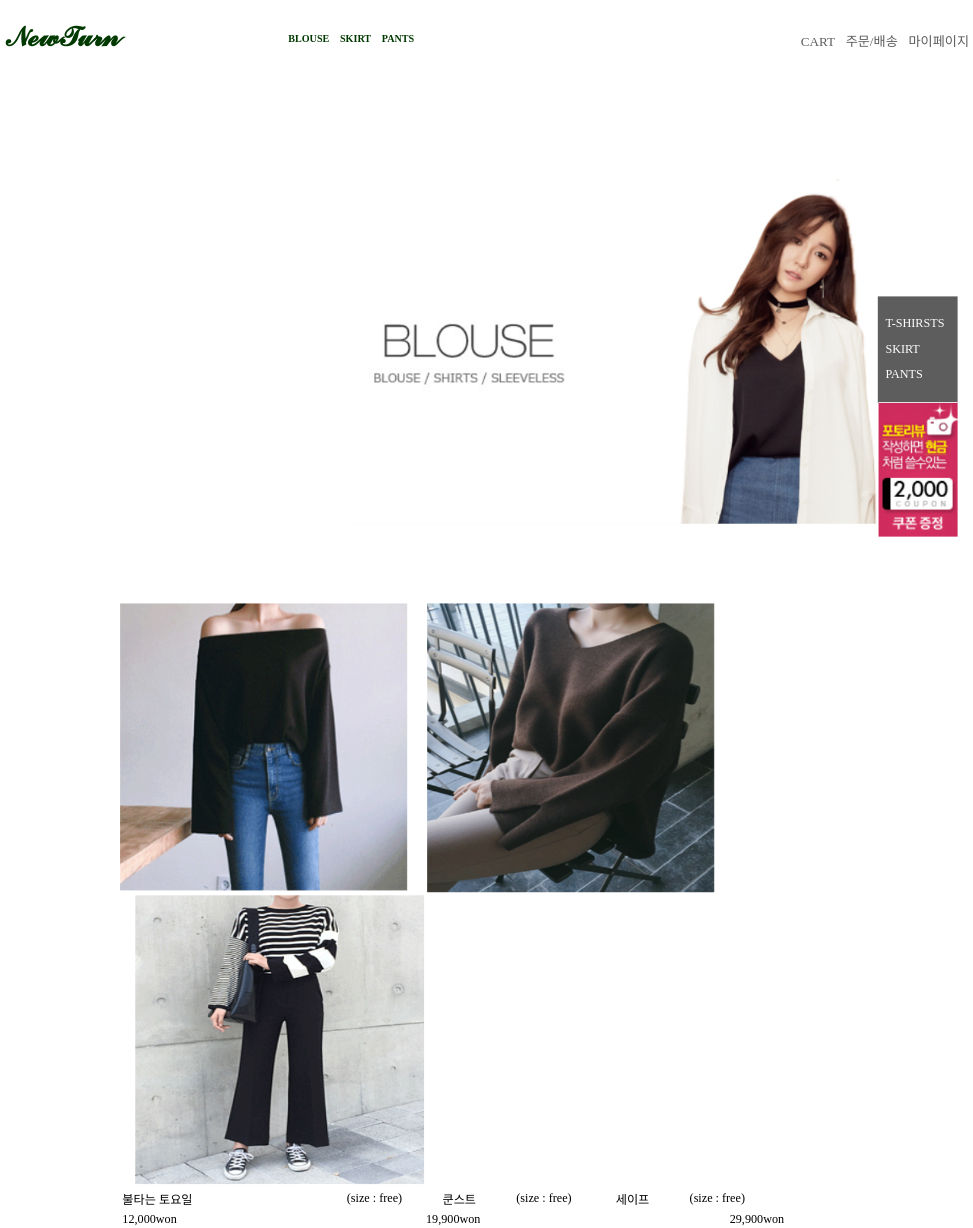
Repository: won0108/Port-Folio
Page: Creating_Homepage/Shopping/WebContent/top.html
The author's editor kept a copy of each file at every save. The page is drawn from the files as they stood at one save, then again after the next save.
The browser window is 1280 px wide. The pictures show the whole page, at 76% of full size.

Above is the page before, as saved 2020-12-03 08:03:42.

### Creating_Homepage/Shopping/WebContent/top.html
<!DOCTYPE html>
<html>
<head>  <!--웹페이지에 대한 정보를 제공한다.-->
 <title> New Turn </title>  <!--탭에 New Turn을 나타낸다.-->
<style>

 	@font-face{
 	font-family:"My Font";
 	src: url("fontstyle/ENCOSCPT.TTF");
	}
 	h1{
   	color:#003900;
   	position:fixed;
   	top: 0px;
   	left:10px;
   	font-family:"My Font", serif;
   	font-size: 30pt;
   	}
	#infor{
	position:fixed;
	top:40px; right:0px;
	}
	#infor a{
	text-decoration:none;
	color:#5D5D5D;
	font-size:13pt;
	display: inline;
	padding :5px;
	}
	#infor a:hover{
	tex-decoration:underline;
	color: black;
	text-weight:bold;
	}
	#categ{
	position:fixed;
	top:25px; right:730px;
	}
	#categ ul li{
	display: inline;
	}
	#categ ul li a{
	text-decoration:none;
	color:#003900;
	font-size:10pt;
	font-weight:bold;
	text-transform:uppercase;
	padding :5px;
	}
	#categ ul li a:hover{
	tex-decoration:underline; color: black;
	}
	#main{
   	position:relative;
   	top: 300px; margin-left:150px;
   }
</style>
</head>
<body>
	<h1> NewTurn </h1>
	<div id="infor">
		<a href="">CART</a>
		<a href="">주문/배송</a>
		<a href="마이페이지.html">마이페이지</a>
	</div>
	<div id="categ">
		<ul>
			<li><a href="top.html">BLOUSE</a></li>
			<li><a href="skirt.html">SKIRT</a></li>
			<li><a href="pants.html">PANTS</a></li>
		</ul>
	</div>
	<img style="position:relative; top: 200px; left:450px;" src="images/티파니.PNG"><br>
	<div id="main">
			<img src="images/티셔츠1.PNG" width="380" height="380">
			<img src="images/티셔츠2.PNG" width="380" height="380" style="padding-left:20px;">
			<img src="images/티셔츠3.PNG" width="380" height="380" style="padding-left:20px;">
			<table>
				<tr>
					<td>불타는 토요일</td>
					<td style="padding-left:200px;">(size : free)</td>
					<td style="padding-left: 50px;">쿤스트</td>
					<td style="padding-left:50px;">(size : free)</td>
					<td style="padding-left: 55px;">세이프</td>
					<td style="padding-left:50px;">(size : free)</td>


			    </tr>
			</table>

		<table>
			<tr>
		    	<td>12,000won</td>
		    	<td style="padding-left: 325px;">19,900won</td>
		    	<td style="padding-left: 325px;">29,900won</td>
		    </tr>
		</table>
		</div>

<div style="background-color:#5D5D5D;
width:85px; height:120px; right:20px; bottom:190px;
color:white; display:block; position:fixed; padding:10px;">
<p>T-SHIRSTS</p>
<p>SKIRT</p>
<p>PANTS</p>
</div>
<div style=" display:block; position:fixed; right:20px; bottom:10px;">
<img src="쿠폰.png"></div>

</body>
</html>

After the next save:
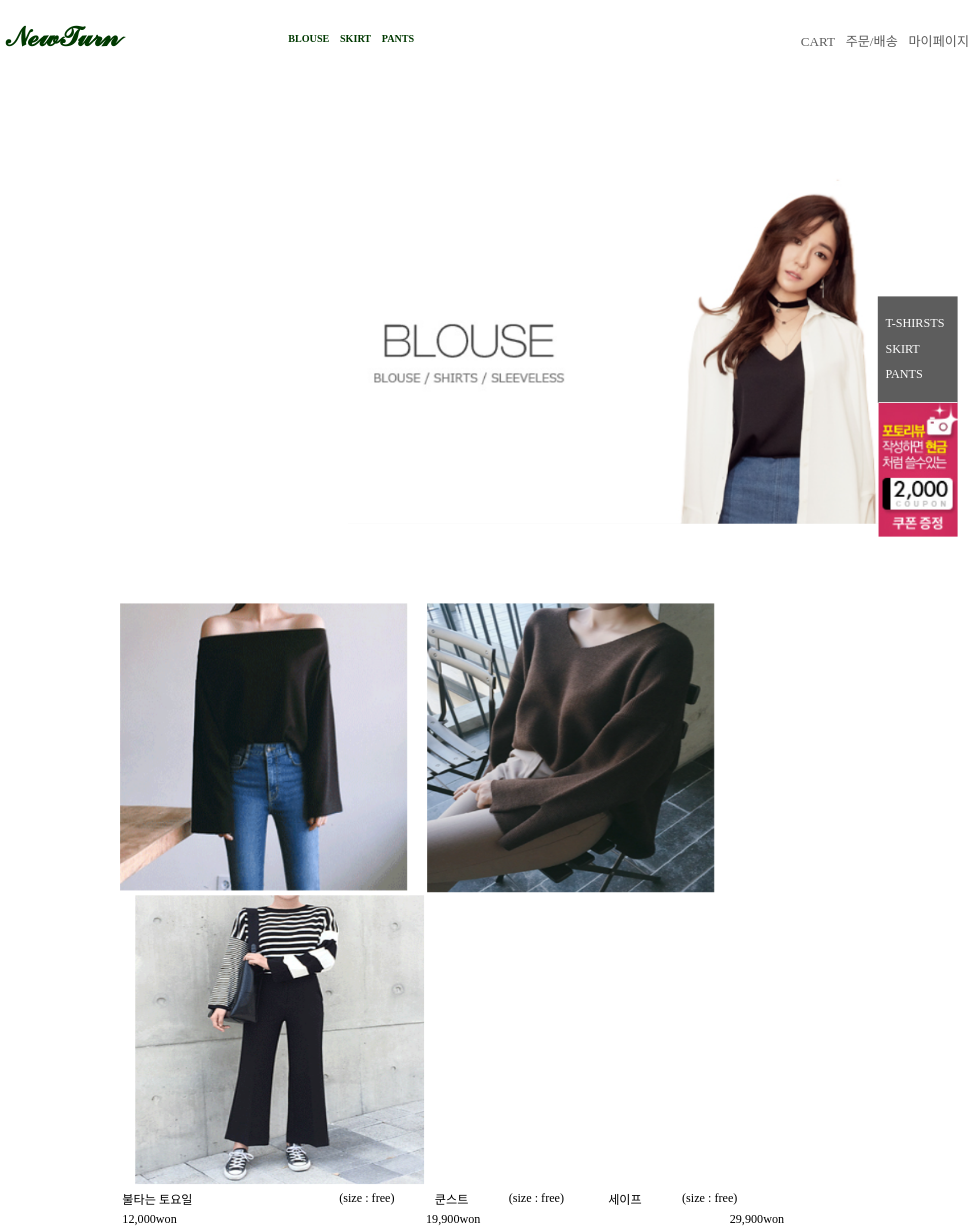
Saved 6 s later.
--- a/Creating_Homepage/Shopping/WebContent/top.html
+++ b/Creating_Homepage/Shopping/WebContent/top.html
@@ -78,7 +78,7 @@
 			<table>
 				<tr>
 					<td>불타는 토요일</td>
-					<td style="padding-left:200px;">(size : free)</td>
+					<td style="padding-left:190px;">(size : free)</td>
 					<td style="padding-left: 50px;">쿤스트</td>
 					<td style="padding-left:50px;">(size : free)</td>
 					<td style="padding-left: 55px;">세이프</td>
